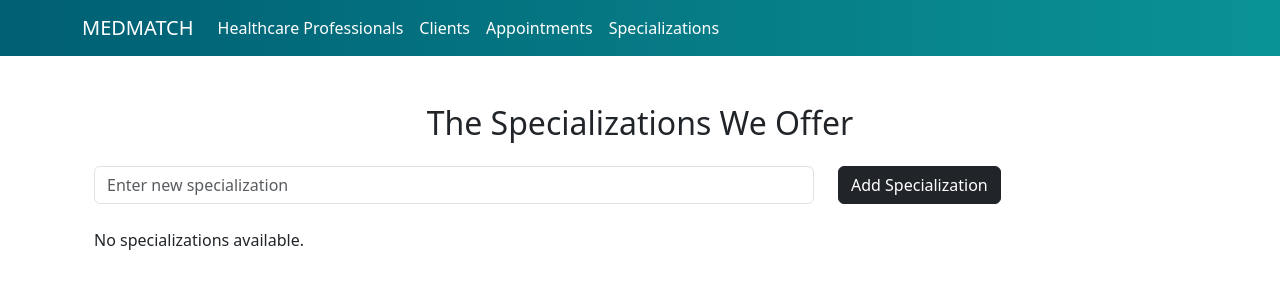
Repository: fahma20/medmatch-platform
Page: /specializations (app in client/)
These files come from the project's save history. The page is drawn as it stood at one moment and after the next save; the edit follows.
The browser window is 1280 px wide. The pictures show the whole page.
The page's requests for data from a server got no answer. The project was rebuilt for these pictures with package versions that can differ from the ones it lists, and the page was loaded fresh each time. No one was signed in, and anything a server would have sent is missing. Also part of the build but not shown: client/src/components/Healthcareprofessionals.js, client/src/components/Appointments.js, client/src/components/Clients.js, client/src/components/Homepage.js.

Above is the page before, as saved 2025-02-02 15:51:10.

### client/public/index.html
<!DOCTYPE html>
<html lang="en">
  <head>
    <meta charset="utf-8" />
    <link rel="icon" href="%PUBLIC_URL%/favicon.ico" />
    <link rel="preconnect" href="https://fonts.gstatic.com" />
    <link
      href="https://fonts.googleapis.com/css2?family=Permanent+Marker&display=swap"
      rel="stylesheet"
    />
    <meta name="viewport" content="width=device-width, initial-scale=1" />
    <meta name="theme-color" content="#000000" />
    <meta
      name="description"
      content="Web site created using create-react-app"
    />
    <link rel="apple-touch-icon" href="%PUBLIC_URL%/logo192.png" />
    <!--
      manifest.json provides metadata used when your web app is installed on a
      user's mobile device or desktop. See https://developers.google.com/web/fundamentals/web-app-manifest/
    -->
    <link rel="manifest" href="%PUBLIC_URL%/manifest.json" />
    <!--
      Notice the use of %PUBLIC_URL% in the tags above.
      It will be replaced with the URL of the `public` folder during the build.
      Only files inside the `public` folder can be referenced from the HTML.

      Unlike "/favicon.ico" or "favicon.ico", "%PUBLIC_URL%/favicon.ico" will
      work correctly both with client-side routing and a non-root public URL.
      Learn how to configure a non-root public URL by running `npm run build`.
    -->
    <title>MedMatch</title>
  </head>
  <body>
    <noscript>You need to enable JavaScript to run this app.</noscript>
    <div id="root"></div>
    <!--
      This HTML file is a template.
      If you open it directly in the browser, you will see an empty page.

      You can add webfonts, meta tags, or analytics to this file.
      The build step will place the bundled scripts into the <body> tag.

      To begin the development, run `npm start` or `yarn start`.
      To create a production bundle, use `npm run build` or `yarn build`.
    -->
  </body>
</html>

### client/src/index.js
import React from "react";
import ReactDOM from "react-dom/client";
import App from './components/App';  // Correct path to the App component

const root = ReactDOM.createRoot(document.getElementById("root"));
root.render(
  <React.StrictMode>
    <App />
  </React.StrictMode>
);

### client/src/components/App.js
import React from 'react';
import { BrowserRouter as Router, Routes, Route } from 'react-router-dom';
import 'bootstrap/dist/css/bootstrap.min.css';

import HealthcareProfessionals from './Healthcareprofessionals'; // Ensure the correct name and casing
import Specializations from './Specializations';
import Appointments from './Appointments';
import Clients from './Clients';
import Navbar from './Navbar';
import HomePage from './Homepage'; // Corrected import to HomePage

const App = () => {
  return (
    <Router>
      <Navbar /> {/* Your Navbar component */}
      <div className="container mt-5">
        <Routes>
          {/* Add HomePage as the route for the root path */}
          <Route path="/" element={<HomePage />} /> {/* Home Page */}
          <Route path="/clients" element={<Clients />} />
          <Route path="/appointments" element={<Appointments />} />
          <Route path="/specializations" element={<Specializations />} />
          <Route path="/healthcare-professionals" element={<HealthcareProfessionals />} /> {/* Healthcare Professionals Page */}
        </Routes>
      </div>
    </Router>
  );
};

export default App;

### client/src/components/Specializations.js
/*import React, { useState, useEffect } from 'react';
import { Formik, Field, Form, ErrorMessage } from 'formik';
import * as Yup from 'yup';

const Specializations = () => {
    const [specializations, setSpecializations] = useState([]);

    useEffect(() => {
        fetch('http://localhost:5000/api/specializations')
            .then(response => response.json())
            .then(data => setSpecializations(data))
            .catch(error => console.error('Error fetching specializations:', error));
    }, []);

    const validationSchema = Yup.object({
        name: Yup.string().required('Specialization name is required'),
    });

    const handleAddSpecialization = (values) => {
        fetch('http://localhost:5000/api/specializations', {
            method: 'POST',
            headers: { 'Content-Type': 'application/json' },
            body: JSON.stringify(values),
        })
            .then(response => response.json())
            .then(data => {
                setSpecializations([...specializations, data]);
                console.log('Specialization added:', data);
            })
            .catch(error => console.error('Error adding specialization:', error));
    };

    const handleDeleteSpecialization = (specializationId) => {
        fetch(`http://localhost:5000/api/specializations/${specializationId}`, { method: 'DELETE' })
            .then(() => {
                setSpecializations(specializations.filter(specialization => specialization.id !== specializationId));
            })
            .catch(error => console.error('Error deleting specialization:', error));
    };

    return (
        <div id="specializations">
            <h2>Specializations</h2>
            <Formik
                initialValues={{ name: '' }}
                validationSchema={validationSchema}
                onSubmit={handleAddSpecialization}
            >
                <Form className="form-container">
                    <div className="form-group">
                        <label htmlFor="name">Specialization Name</label>
                        <Field type="text" name="name" className="form-input" />
                        <ErrorMessage name="name" component="div" className="text-danger" />
                    </div>

                    <button type="submit" className="btn btn-primary">Add Specialization</button>
                </Form>
            </Formik>

            <div className="specializations-list">
                {specializations.map(specialization => (
                    <div key={specialization.id} className="specialization-item">
                        <h4>{specialization.name}</h4>
                        <button onClick={() => handleDeleteSpecialization(specialization.id)} className="btn btn-danger">Delete</button>
                    </div>
                ))}
            </div>
        </div>
    );
};

export default Specializations;
*/

// Specialization.js
import React, { useState, useEffect } from 'react';
import { Button, Form, Card, Row, Col } from 'react-bootstrap';

const Specialization = () => {
  const [specializations, setSpecializations] = useState([]);
  const [newSpecialization, setNewSpecialization] = useState('');
  const [successMessage, setSuccessMessage] = useState('');

  useEffect(() => {
    const fetchSpecializations = async () => {
      try {
        const response = await fetch('http://127.0.0.1:5000/api/specializations');
        const data = await response.json();
        setSpecializations(data);
      } catch (error) {
        console.error('Error fetching specializations:', error);
      }
    };
    fetchSpecializations();
  }, []);

  const handleDelete = async (id) => {
    try {
      const response = await fetch(`http://127.0.0.1:5000/api/specializations/${id}`, {
        method: 'DELETE',
      });

      if (!response.ok) {
        console.error('Error deleting specialization:', response);
        return;
      }

      setSpecializations((prevSpecializations) =>
        prevSpecializations.filter((specialization) => specialization.id !== id)
      );
    } catch (error) {
      console.error('Error deleting specialization:', error);
    }
  };

  const handleAddSpecialization = async (e) => {
    e.preventDefault(); // Prevent default form submission to avoid page refresh

    if (!newSpecialization) return; // Don't send if input is empty

    try {
      const response = await fetch('http://127.0.0.1:5000/api/specializations', {
        method: 'POST',
        headers: {
          'Content-Type': 'application/json',
        },
        body: JSON.stringify({ name: newSpecialization }),
      });

      if (response.ok) {
        const addedSpecialization = await response.json();
        setSpecializations((prevSpecializations) => [
          ...prevSpecializations,
          addedSpecialization,
        ]);
        setNewSpecialization('');
        setSuccessMessage('Specialization added successfully!');
      }
    } catch (error) {
      console.error('Error adding specialization:', error);
    }
  };

  return (
    <div className="container mt-5">
      <h2 className="text-center mb-4">The Specializations We Offer</h2>

      {/* Display Success Message */}
      {successMessage && <div className="alert alert-success">{successMessage}</div>}

      {/* Add Specialization Form */}
      <Form onSubmit={handleAddSpecialization}>
        <Row className="mb-4">
          <Col md={8}>
            <Form.Control
              type="text"
              placeholder="Enter new specialization"
              value={newSpecialization}
              onChange={(e) => setNewSpecialization(e.target.value)}
            />
          </Col>
          <Col md={4}>
            <Button type="submit" variant="dark">
              Add Specialization
            </Button>
          </Col>
        </Row>
      </Form>

      {/* Display Specializations */}
      <div>
        {specializations.length === 0 ? (
          <p>No specializations available.</p>
        ) : (
          specializations.map((specialization) => (
            <Card key={specialization.id} className="mb-3 shadow-sm">
              <Card.Body className="d-flex justify-content-between align-items-center">
                <h5>{specialization.name}</h5>
                <Button
                  variant="danger"
                  onClick={() => handleDelete(specialization.id)}
                >
                  Delete
                </Button>
              </Card.Body>
            </Card>
          ))
        )}
      </div>
    </div>
  );
};

export default Specialization;

### client/src/components/Navbar.js
// Navbar.js
import React from 'react';
import { Link } from 'react-router-dom';

const Navbar = () => {
  return (
    <nav className="navbar navbar-expand-lg navbar-light" style={{ background: 'linear-gradient(to right, #005f73, #0a9396)' }}>
      <div className="container">
        <Link className="navbar-brand text-white font-weight-bold" to="/">MEDMATCH</Link>
        <button
          className="navbar-toggler"
          type="button"
          data-bs-toggle="collapse"
          data-bs-target="#navbarNav"
          aria-controls="navbarNav"
          aria-expanded="false"
          aria-label="Toggle navigation"
        >
          <span className="navbar-toggler-icon"></span>
        </button>
        <div className="collapse navbar-collapse" id="navbarNav">
          <ul className="navbar-nav">
            <li className="nav-item">
              <Link className="nav-link text-white" to="/healthcare-professionals">Healthcare Professionals</Link>
            </li>
            <li className="nav-item">
              <Link className="nav-link text-white" to="/clients">Clients</Link>
            </li>
            <li className="nav-item">
              <Link className="nav-link text-white" to="/appointments">Appointments</Link>
            </li>
            <li className="nav-item">
              <Link className="nav-link text-white" to="/specializations">Specializations</Link>
            </li>
          </ul>
        </div>
      </div>
    </nav>
  );
};

export default Navbar;

After the next save:
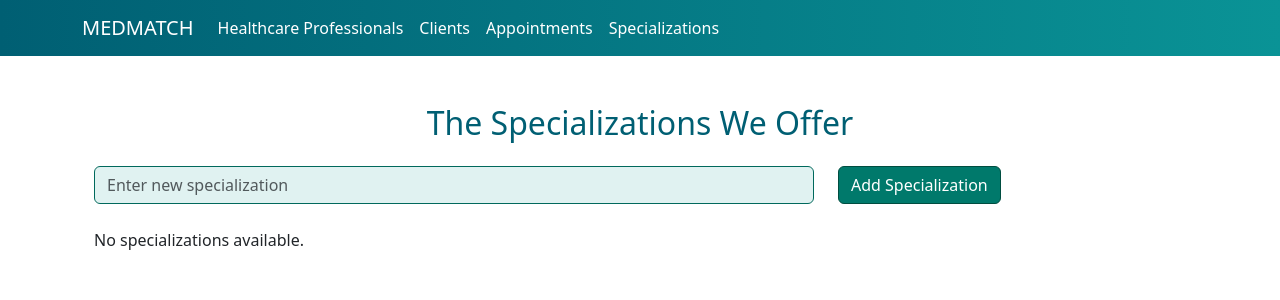
Saved 11 min 39 s later.
--- a/client/src/components/Specializations.js
+++ b/client/src/components/Specializations.js
@@ -143,10 +143,20 @@ const Specialization = () => {
 
   return (
     <div className="container mt-5">
-      <h2 className="text-center mb-4">The Specializations We Offer</h2>
+      <h2 className="text-center mb-4" style={{ color: '#005f73' }}>The Specializations We Offer</h2>
 
       {/* Display Success Message */}
-      {successMessage && <div className="alert alert-success">{successMessage}</div>}
+      {successMessage && (
+        <div
+          className="alert"
+          style={{
+            backgroundColor: '#e0f2f1', // Light teal background
+            color: '#00695c', // Dark teal text color
+          }}
+        >
+          {successMessage}
+        </div>
+      )}
 
       {/* Add Specialization Form */}
       <Form onSubmit={handleAddSpecialization}>
@@ -157,10 +167,21 @@ const Specialization = () => {
               placeholder="Enter new specialization"
               value={newSpecialization}
               onChange={(e) => setNewSpecialization(e.target.value)}
+              style={{
+                backgroundColor: '#e0f2f1', // Light teal background
+                borderColor: '#00695c', // Dark teal border color
+              }}
             />
           </Col>
           <Col md={4}>
-            <Button type="submit" variant="dark">
+            <Button
+              type="submit"
+              variant="success" // Green button
+              style={{
+                backgroundColor: '#00796b', // Teal color for button
+                borderColor: '#004d40', // Darker teal border color
+              }}
+            >
               Add Specialization
             </Button>
           </Col>
@@ -173,12 +194,23 @@ const Specialization = () => {
           <p>No specializations available.</p>
         ) : (
           specializations.map((specialization) => (
-            <Card key={specialization.id} className="mb-3 shadow-sm">
+            <Card
+              key={specialization.id}
+              className="mb-3 shadow-sm"
+              style={{
+                backgroundColor: '#e0f2f1', // Light teal background for cards
+                border: '1px solid #00796b', // Greenish border for cards
+              }}
+            >
               <Card.Body className="d-flex justify-content-between align-items-center">
-                <h5>{specialization.name}</h5>
+                <h5 style={{ color: '#004d40' }}>{specialization.name}</h5> {/* Dark teal for text */}
                 <Button
                   variant="danger"
                   onClick={() => handleDelete(specialization.id)}
+                  style={{
+                    backgroundColor: '#004d40', // Dark green background
+                    borderColor: '#004d40', // Dark green border
+                  }}
                 >
                   Delete
                 </Button>
